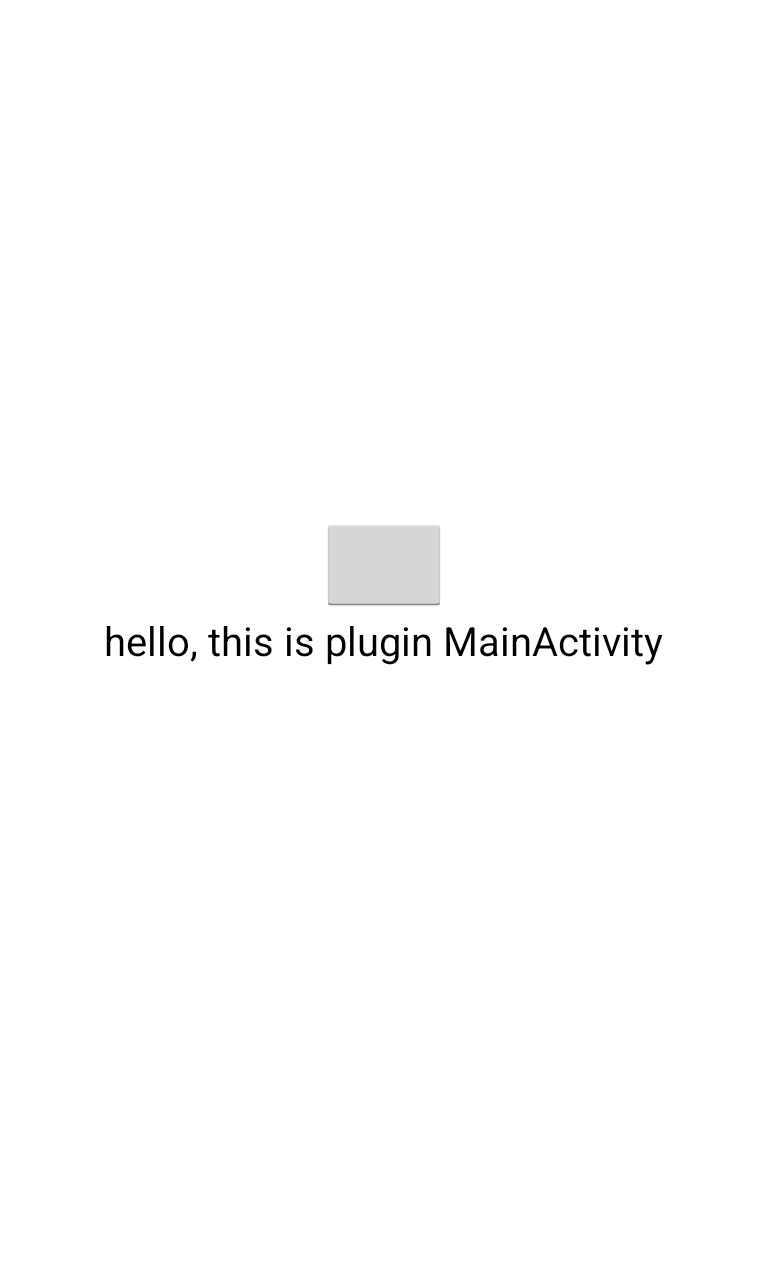
Repository: dingjikerbo/AppRunner
Layout: plugin1/res/layout/activity_test.xml
These files come from the project's save history. The layout is drawn as it stood at one moment and after the next save; the edit follows.
It is drawn on a 768 x 1280 px phone screen (xhdpi) without system bars, with theme AppTheme; the app's code is not run.

Above is the layout before, as saved 2016-05-11 23:30:22.

After the next save:
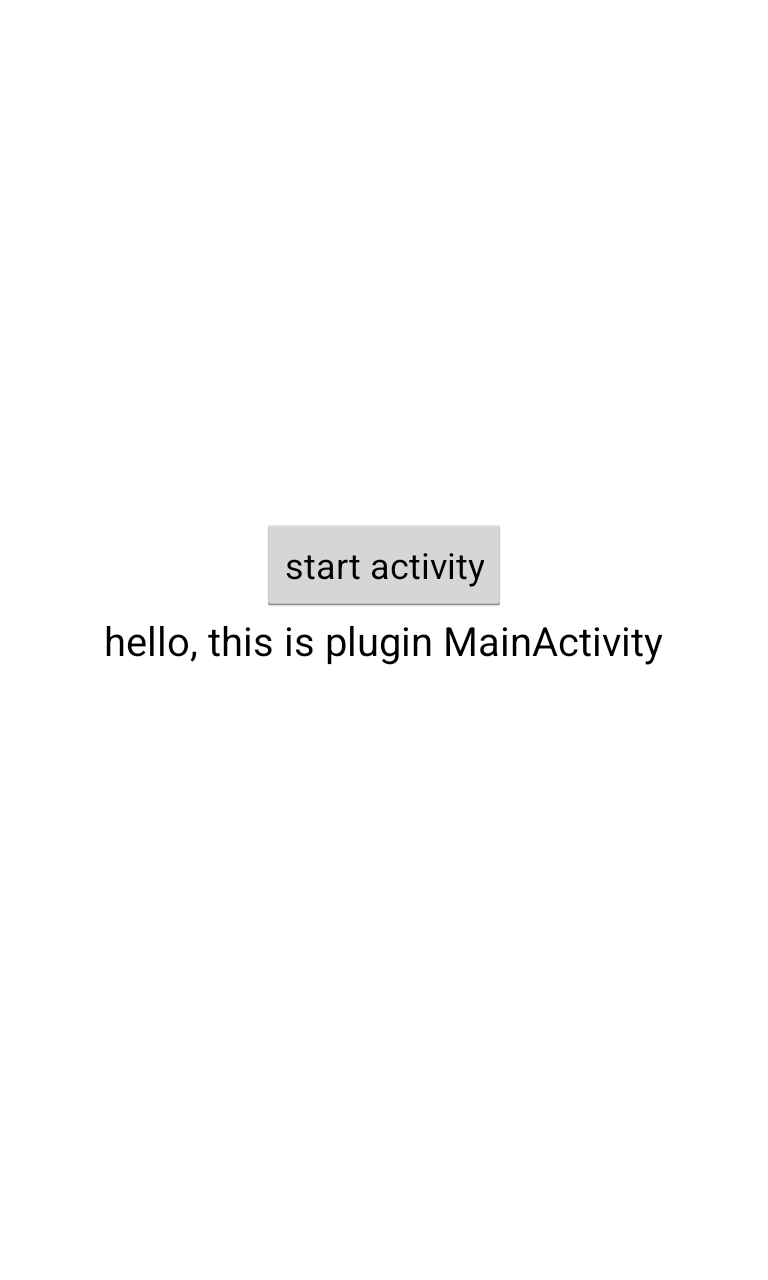
Saved 10 s later.
--- a/plugin1/res/layout/activity_test.xml
+++ b/plugin1/res/layout/activity_test.xml
@@ -22,6 +22,7 @@
         android:layout_width="wrap_content"
         android:layout_height="wrap_content"
         android:layout_above="@id/text"
-        android:layout_centerHorizontal="true" />
+        android:layout_centerHorizontal="true"
+        android:text="start activity" />
 
 </RelativeLayout>
